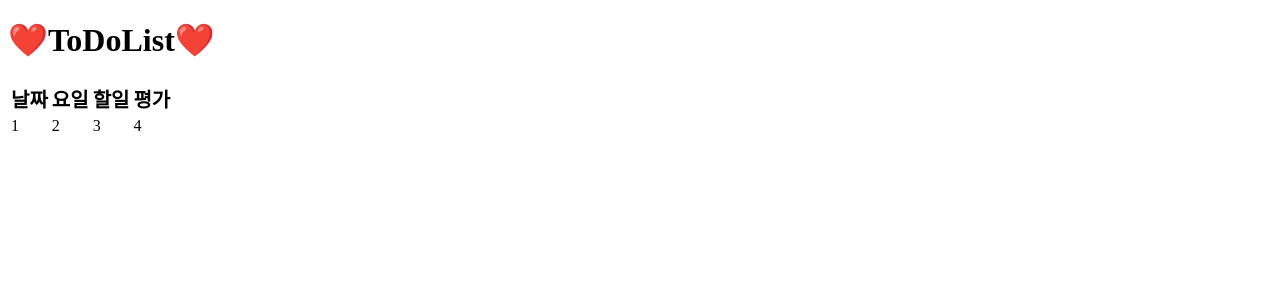
Repository: Flower-Deer/Mybatis_Practice_TodoList
Page: http://localhost/ToDoList/test.jsp
These files come from the project's save history. The page is drawn as it stood at one moment and after the next save; the edit follows.
The browser window is 1280 px wide. The pictures show the whole page.
The page is served by Tomcat 9.

Above is the page before, as saved 2023-03-18 06:05:12.

After the next save:
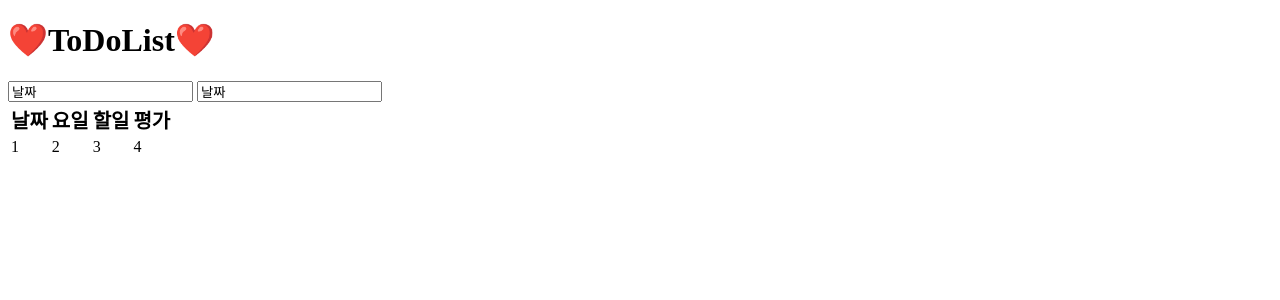
Saved 87 s later.
--- a/ToDoList/src/main/webapp/test.jsp
+++ b/ToDoList/src/main/webapp/test.jsp
@@ -8,6 +8,10 @@
 </head>
 <body>
 <h1>❤️ToDoList❤️</h1>
+<form>
+	<input type="text" value="날짜">
+	<input type="text" value="날짜">
+</form>
 <table>
 	<thead style="font-size: 20px;">
 		<tr>
